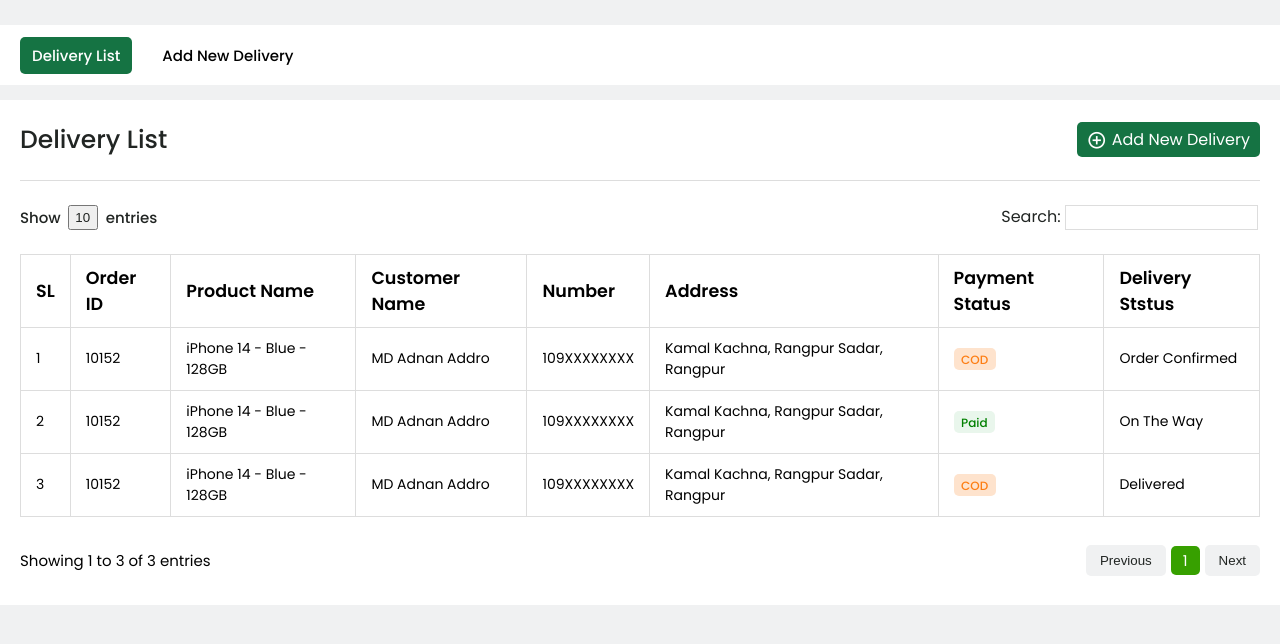
Repository: codebyaddro/delivery-page
Page: delivery.html
An editor plug-in stored every save of this project. The page is shown before and after a run of saves, followed by the edit.
The browser window is 1280 px wide. The pictures show the whole page.

Above is the page before, as saved 2025-02-27 14:08:22.

After the next 6 saves:
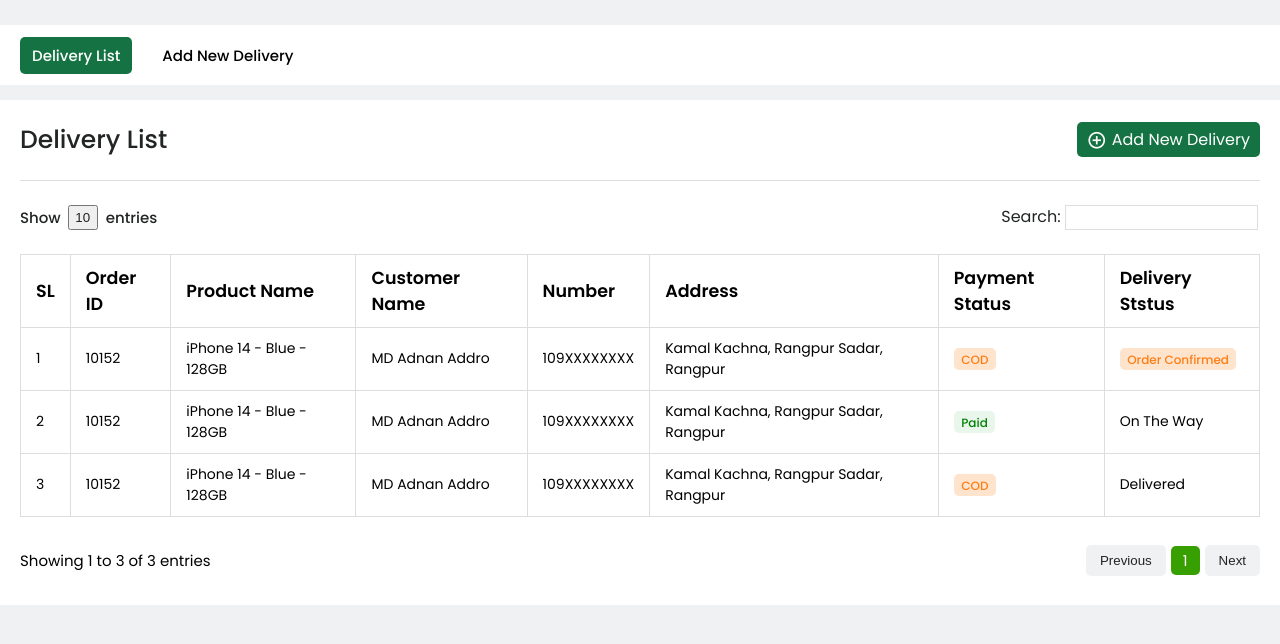
The 6 saves are shown as one change because they came seconds apart.
The last was saved 13 s later.
--- a/delivery.css
+++ b/delivery.css
@@ -241,7 +241,7 @@ tbody tr:hover {
 
 /* delivery status style */
 
-.ps-cod {
+.ds-ocon {
     color: var(--orange);
     background-color: var(--lt-orange);
     font-size: 12px;
